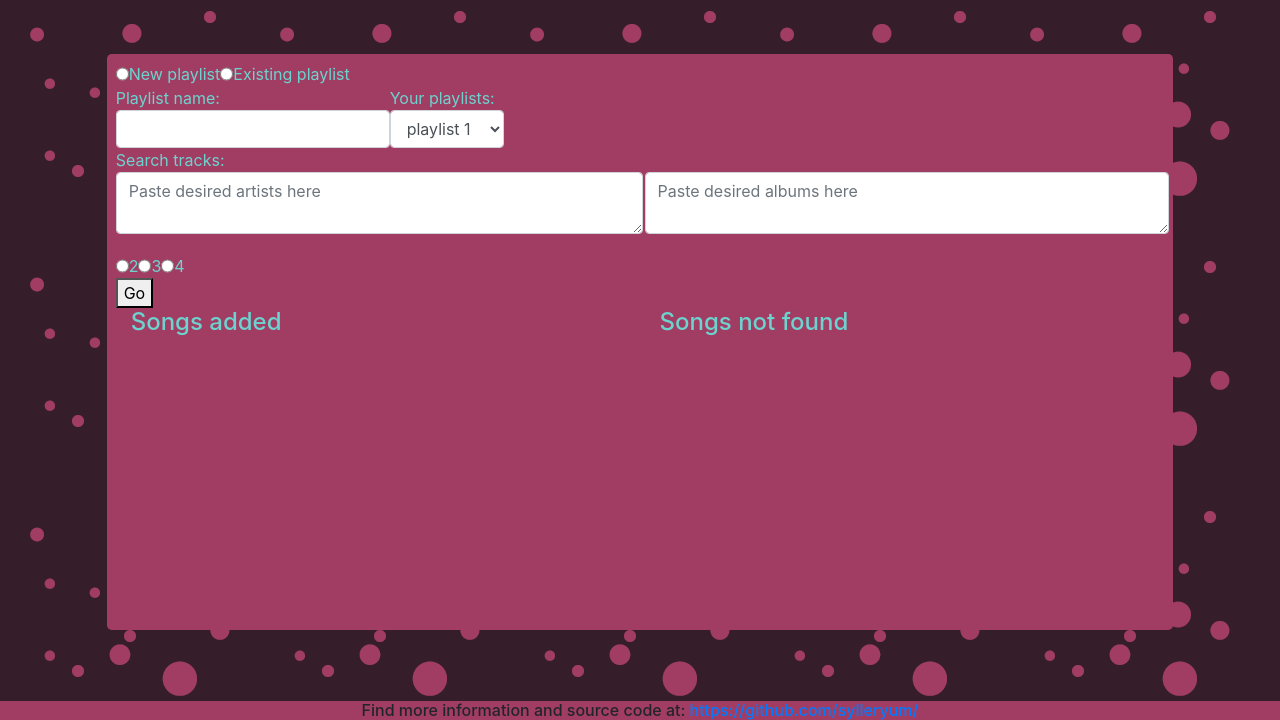
Repository: sylleryum/Frontend
Page: GetTopTracks/index.html
These files come from the project's save history. The page is drawn as it stood at one moment and after the next save; the edit follows.
The browser window is 1280 px wide. The pictures show the whole page.

Above is the page before, as saved 2019-10-13 17:11:56.

### GetTopTracks/index.html
<!doctype html>
<html lang="en">

<head>
     <title>Get top tracks from Artists and albums</title>
     <!-- Required meta tags -->
     <meta charset="utf-8">
     <meta name="viewport" content="width=device-width, initial-scale=1, shrink-to-fit=no">

     <!-- Bootstrap CSS -->
     <link rel="stylesheet" href="https://stackpath.bootstrapcdn.com/bootstrap/4.3.1/css/bootstrap.min.css"
          integrity="sha384-ggOyR0iXCbMQv3Xipma34MD+dH/1fQ784/j6cY/iJTQUOhcWr7x9JvoRxT2MZw1T" crossorigin="anonymous">

     <!-- main CSS-->
     <link rel="stylesheet" href="style.css">

</head>

<body class="background-master">
          <form action="searchTrack" id="submit-btn" onsubmit="return validation()">
     <div class="container-fluid h-95">
          <div class="row align-items-center justify-content-center h-95">
               <div class="h-80 col col-md-10 bg-4 text-1 rounded-lg pl-4 pt-2 overflow-auto  id="internal-container">
                    <div class="row main-select">
                         <input type="radio" id="rNew" name="playlistRadio" value="new" onchange="radioChecker()">New
                         playlist
                         <input type="radio" id="rExisting" name="playlistRadio" value="existing"
                              onchange="radioChecker()">Existing
                         playlist
                    </div>
                    <div class="row main-playlist">
                         <div id="new-playlist" class="block-style">
                              Playlist name: <input type="text" class="form-control " id="playlistName" name="playlistName" />
                         </div>
                         <div id="existing-playlist" class="block-style">
                              <span>Your playlists:</span>
                              <select name="selectPlaylist" class="form-control">
                                   <option>playlist 1</option>
                                   <option>playlist 2</option>
                                   <option>playlist 3</option>
                                   <option>playlist 4</option>
                                   <!-- <c:forEach var="items" items="${playlists}">
                                        <option value="${items.getId()}">${items.getName()}</option>
                                   </c:forEach> -->
                              </select>
                         </div>
                    </div>
                    <div class="row">
                         Search tracks:
                    </div>
                    <div class="row main-textarea form-group pr-1">
                         <div class="col-md-6 p-0 mb-1">
                              <textarea class="textarea-search form-control md-textarea" id="searchNameArtist"
                                   name="searchNameArtist" placeholder="Paste desired artists here"></textarea>
                         </div>
                         <div class="col-md-6 p-0 small-padding">
                              <textarea class="textarea-search form-control md-textarea" id="searchNameAlbum"
                                   name="searchNameAlbum" placeholder="Paste desired albums here"></textarea>
                         </div>
                    </div>
                    <div class="row track-amount">
                         <input type="radio" id="rAmount2" name="playlistRadio" value="rAmount2" onchange="">2
                         <input type="radio" id="rAmount3" name="playlistRadio" value="rAmount3" onchange="">3
                         <input type="radio" id="rAmount4" name="playlistRadio" value="rAmount4" onchange="">4
                    </div>
                    <div class="row main-go">
                         <button type="submit" id="submit-button">
                              Go
                         </button>
                    </div>

                    <div class="row results-menu">
                         <div class="success col-md-6">
                              <h4>Songs added</h4>

                         </div>
                         <div class="failure col-md-6">
                              <h4>Songs not found</h4>

                         </div>
                    </div>

               </div>

          </div>

     </div>
     </form>
     <footer class="text-center m-0 p-0 bg-4 footer-clear">
          <h6 class="p-0 m-0 text-w">Find more information and source code at: <a href="https://github.com/sylleryum/">
                    https://github.com/sylleryum/</a></h6>

     </footer>







     <!-- Optional JavaScript -->
     <!-- jQuery first, then Popper.js, then Bootstrap JS -->
     <script src="https://code.jquery.com/jquery-3.3.1.slim.min.js"
          integrity="sha384-q8i/X+965DzO0rT7abK41JStQIAqVgRVzpbzo5smXKp4YfRvH+8abtTE1Pi6jizo"
          crossorigin="anonymous"></script>
     <script src="https://cdnjs.cloudflare.com/ajax/libs/popper.js/1.14.7/umd/popper.min.js"
          integrity="sha384-UO2eT0CpHqdSJQ6hJty5KVphtPhzWj9WO1clHTMGa3JDZwrnQq4sF86dIHNDz0W1"
          crossorigin="anonymous"></script>
     <script src="https://stackpath.bootstrapcdn.com/bootstrap/4.3.1/js/bootstrap.min.js"
          integrity="sha384-JjSmVgyd0p3pXB1rRibZUAYoIIy6OrQ6VrjIEaFf/nJGzIxFDsf4x0xIM+B07jRM"
          crossorigin="anonymous"></script>
</body>

</html>

### GetTopTracks/style.css
.footer-clear {
     width: 100%;
     position: fixed;
     bottom: 0%;
}

.background-master {
     background: url(images/bb.png) repeat;
}

.h-100 {
     min-height: 100vh;
}

.h-95 {
     min-height: 95vh;
}

.h-80 {
     min-height: 80vh;
     max-height: 90vh;
}

.bg-1 {
     background: #6dd3ce!important
}

.bg-2 {
     background: #c8e9a0!important
}

.bg-3 {
     background: #f7a278!important
}

.bg-4 {
     background: #a13d63!important
}

.bg-5 {
     background: #351e29!important
}

.text-1 {
     color: #6dd3ce!important
}

.text-2 {
     color: #c8e9a0!important
}

.text-3 {
     color: #f7a278!important
}

.text-4 {
     color: #a13d63!important
}

.text-5 {
     color: #351e29!important
}

@media screen and (min-width: 767px) {
     .small-padding {
          padding-left: 2px!important;
     }
}

After the next save:
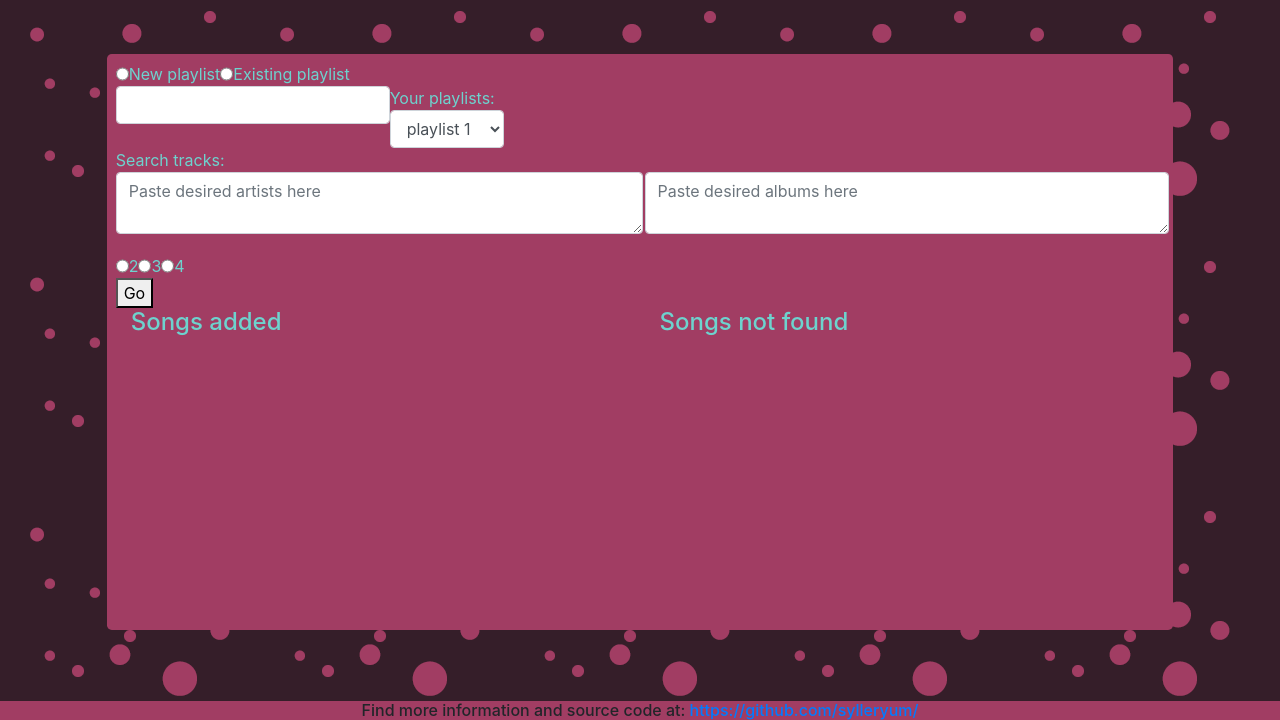
Saved 11 s later.
--- a/GetTopTracks/index.html
+++ b/GetTopTracks/index.html
@@ -30,7 +30,7 @@
                     </div>
                     <div class="row main-playlist">
                          <div id="new-playlist" class="block-style">
-                              Playlist name: <input type="text" class="form-control " id="playlistName" name="playlistName" />
+                              <input type="text" class="form-control " id="playlistName" name="playlistName" />
                          </div>
                          <div id="existing-playlist" class="block-style">
                               <span>Your playlists:</span>
